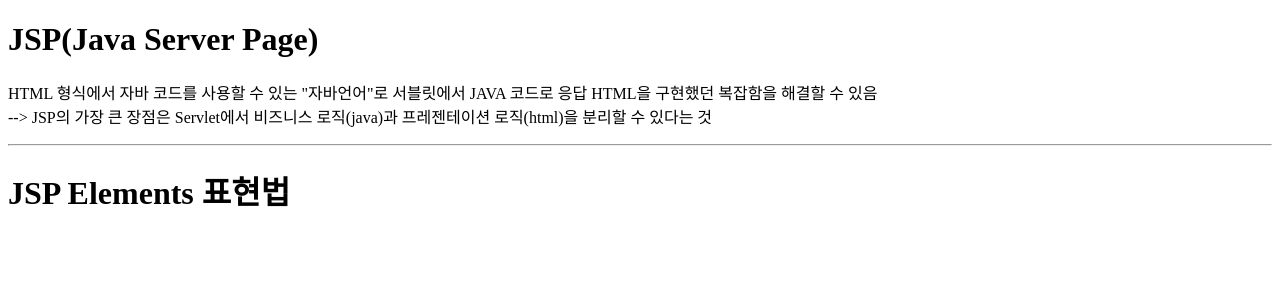
Repository: chuhj1226/servlet
Page: workspace/2_JSP/WebContent/index.html
These files come from the project's save history. The page is drawn as it stood at one moment and after the next save; the edit follows.
The browser window is 1280 px wide. The pictures show the whole page.

Above is the page before, as saved 2021-10-05 08:00:52.

After the next save:
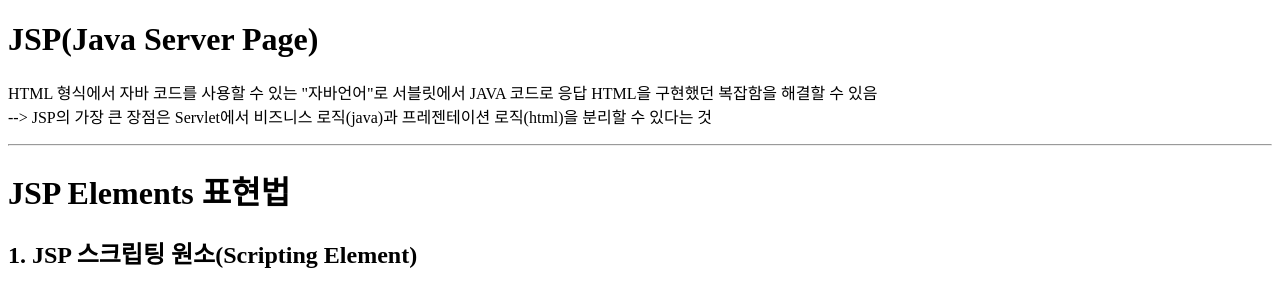
Saved 23 s later.
--- a/workspace/2_JSP/WebContent/index.html
+++ b/workspace/2_JSP/WebContent/index.html
@@ -16,5 +16,7 @@
 	<hr>
 
 	<h1>JSP Elements 표현법</h1>
+	<h2>1. JSP 스크립팅 원소(Scripting Element)</h2>
+	<p>
 </body>
 </html>
